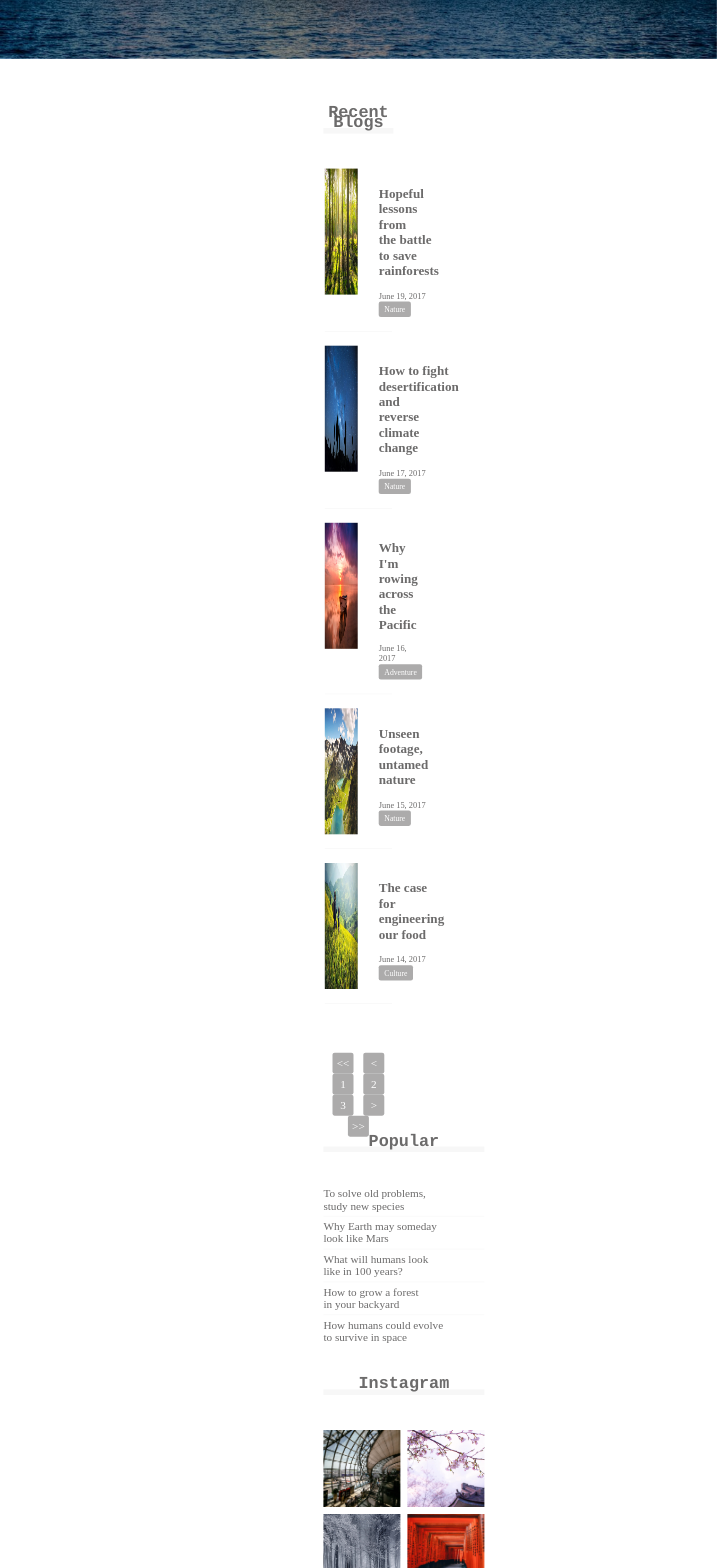
Repository: pureforest/html
Page: caravan/index.html
The author's editor kept a record of every edit. The page is drawn from the files as they stood at one moment, then again after the next edit.
The browser window is 1024 px wide. The pictures show the part of the page from y = 387 to 2627 px (the page is 3344 px tall before and 3480 px after), at 70% of full size.
Some web libraries are served in a nearby version.

Above is the page before.

### caravan/index.html
<!DOCTYPE html>
<html lang="ja">
  <head>
    <meta charset="UTF-8" />
    <meta name="viewport" content="width=device-width,initial-scale=1.0">
    <script src="https://kit.fontawesome.com/bb9908bf54.js" crossorigin="anonymous"></script>
    <link rel="stylesheet" href="style.css" />
    <title>CARAVAN</title>
  </head>

  <body>
    <header>
      <h1 class="heading">
        <a href="index.html">
          CARAVAN
        </a>
      </h1>

      <div class="social">
        <i class="fab fa-facebook-square"></i>
        <i class="fab fa-twitter-square"></i>
        <i class="fab fa-instagram"></i>
      </div>
    </header>

    <!-- navigation -->
    <nav>
      <ul class="nav-list">
        <li class="nav-list-item">
          <a href="index.html">Home</a>
        </li>
        <li class="nav-list-item">About</li>
        <li class="nav-list-item">Topic</li>
      </ul>
    </nav>

    <!-- main-visual用のdiv -->
    <div class="main-visual">
      <div class="main-visual-content">
        <p class="main-visual-text">
          The world is a book<br>
          and those who do not travel<br>
          read only one page.
        </p>
        <p class="main-visual-name">
          St. Augustine
        </p>
      </div>
    </div>

    <!-- main用のdiv -->
    <main>
      <section class="blog">
        <h2 class="blog-heading">Recent Blogs</h2>
        <div class="blog-box">
          <div class="blog-item">
            <img class="blog-image" src="img/forest.jpg" />
            <section class="blog-text">
              <h3 class="blog-text-heading">
                <a href="single.html">
                  Hopeful lessons from<br>
                  the battle to save<br>
                  rainforests
                </a>
              </h3>
              <p class="blog-date">June 19, 2017</p>
              <span class="category">Nature</span>
            </section>
          </div>
          <div class="blog-item">
            <img class="blog-image" src="img/desert.jpg" />
            <section class="blog-text">
              <h3 class="blog-text-heading">
                <a href="single.html">
                  How to fight<br>
                  desertification and<br>
                  reverse climate change
                </a>
              </h3>
              <p class="blog-date">June 17, 2017</p>
              <span class="category">Nature</span>
            </section>
          </div>
          <div class="blog-item">
            <img class="blog-image" src="img/sunset.jpg" />
            <section class="blog-text">
              <h3 class="blog-text-heading">
                <a href="single.html">
                  Why I'm rowing<br>
                  across the Pacific
                </a>
              </h3>
              <p class="blog-date">June 16, 2017</p>
              <span class="category">Adventure</span>
            </section>
          </div>
          <div class="blog-item">
            <img class="blog-image" src="img/italy.jpg" />
            <section class="blog-text">
              <h3 class="blog-text-heading">
                <a href="single.html">
                  Unseen footage,<br>
                  untamed nature
                </a>
              </h3>
              <p class="blog-date">June 15, 2017</p>
              <span class="category">Nature</span>
            </section>
          </div>
          <div class="blog-item">
            <img class="blog-image" src="img/asia.jpg" />
            <section class="blog-text">
              <h3 class="blog-text-heading">
                <a href="single.html">
                  The case for<br>
                  engineering our food
                </a>
              </h3>
              <p class="blog-date">June 14, 2017</p>
              <span class="category">Culture</span>
            </section>
          </div>
        </div>
        <div class="pagination">
         <p><<</p>
         <p><</P>
         <p>1</p>
         <p>2</p>
         <p>3</p>
         <p>></p>
         <p>>></p>
        </div>
      </section>


      <div class="sidebar">
       <section class="popular">
        <h2 class="popular-heading common-heading">Popular</h2>
        <div class="sidebar-contents">
          <p class="popular-text">To solve old problems,<br>study new species</p>
          <p class="popular-text">Why Earth may someday<br>look like Mars</p>
          <p class="popular-text">What will humans look<br>like in 100 years?</p>
          <p class="popular-text">How to grow a forest<br>in your backyard</p>
          <p class="popular-text">How humans could evolve<br>to survive in space</p>
        </div>
       </section>

       <section class="instagram">
        <h2 class="instagram-heading common-heading">Instagram</h2>
          <div class="sidebar-contents">
            <div class="instagram-box"></div>
            <div class="instagram-box"></div>
            <div class="instagram-box"></div>
            <div class="instagram-box"></div>
            <div class="instagram-box"></div>
            <div class="instagram-box"></div>
          </div>
       </section>

       <section class="categories">
          <h2 class="categories-heading common-heading">Categories</h2>
          <div class="sidebar-contents">
            <p class="categories-text">Technology(15)</p>
            <p class="categories-text">Business(23)</p>
            <p class="categories-text">Entertainment(12)</p>
            <p class="categories-text">Nature(32)</p>
            <p class="categories-text">Education(9)</p>
            <p class="categories-text">Adventure(23)</p>
            <p class="categories-text">Communication(14)</p>
          </div>
        </section>
      </div>
    </main>

    <!-- footer -->
    <footer>
      <p class="footer-text">© All rights reserved by Infratop.Inc.</p>
    </footer>
  </body>
</html>

### caravan/style.css
* {
  margin: 0;
  padding: 0;
  box-sizing: border-box;
  color: #6c6b6b;
}

a{
  text-decoration: none;
}

header,nav,h2,.main-visual,footer{
  font-family: Chalkduster, "Bradley Hand", Courier, "Segoe Print", sans-serif;
}

header {
  width: 90%;
  padding: 15px 0;
  margin: 0 auto;
  text-align: center;
  position: relative;
}

.social i{
  display: inline-block;
  margin-left: 20px;
}

.social {
  position: absolute;
  top: 22px;
  right: 22px;
}

header .heading {
  font-size: 32px;
}

.nav-list {
  text-align: center;
  padding: 10px 0;
  margin: 0 auto;
}

.nav-list-item {
  list-style: none;
  display: inline-block;
  margin: 0 20px;
}

.main-visual {
  width: 100%; /* 横幅いっぱい */
  height: 300px; /* 高さ300px */
  background-image: url(img/mv.jpg);
  background-size: cover; /* 縦横比を維持したまま背景領域を埋め尽くす */
  background-position: center; /* 背景画像を中央に配置 */
}

.main-visual-content {
  width: 40%; /* 横幅40% */
  height: 300px; /* 親の高さに揃える */
  background-color: rgba(0, 0, 0, 0.5); /* 背景色を半透明の黒にする */
  text-align: center; /* 文字を中央揃えにする */
  padding-top: 105px; /* 上側の内側余白で垂直方向の位置を調整 */
}

.main-visual-text {
  color: #fff;
}

.main-visual-name {
  margin-top: 30px;
  color: #fff;
}

main {
  width: 800px;
  display: flex;
  justify-content: center;
  margin: 0 auto;
  padding: 70px 0;
}

.blog {
  width: 540px;
  margin-right: 30px;
}

.blog-heading {
  border-bottom: 8px solid #f7f7f7;
  text-align: center;
  line-height: 0.6;
}

.blog-box{
  padding-top: 50px
}

.blog-item {
  padding-bottom: 20px;
  margin-bottom: 20px;
  border-bottom: 1px solid #f7f7f7;
  display: flex;
  justify-content: flex-start;}

.blog-image {
  height: 180px;
}

.blog-text {
  padding: 25px 0 0 30px;
}

.blog-text-heading{
  padding-bottom: 15px;
}
.blog-date {
  font-size: 12px;
  display: inline-block;
}
.category {
  display: inline-block;
  padding: 5px 8px;
  background-color: #acabab;
  border-radius: 3px;
  color: #fff;
  font-size: 11px;
}

.pagination{
  text-align: center;
  padding-top: 50px;
}

.pagination p{
  display: inline-block;
  width: 30px;
  height: 30px;
  margin: 0 5px;
  color: #fff;
  background-color: #acabab;
  border-radius: 3px;
  line-height: 30px;
}
.sidebar {
  width: 230px;
}

.common-heading {
  border-bottom: 8px solid #f7f7f7;
  text-align: center;
  line-height: 0.6;
}

.sidebar-contents {
  padding: 50px 0;
}

.popular-text,
.categories-text {
  padding-bottom: 5px;
  border-bottom: 1px solid #f7f7f7;
  margin-bottom: 5px;
}

.popular-text:last-child,
.categories-text:last-child {
  margin: 0;
  padding: 0;
  border: none;
}

.instagram .sidebar-contents {
  display: flex;
  flex-wrap: wrap;
}

.instagram-box {
  width: 110px;
  padding-top: 110px;
  background-size: cover;
  background-position: center;
  margin-bottom: 10px;
}

.instagram-box:nth-child(odd) {
  margin: 0 10px 10px 0;
}

.instagram-box:nth-child(1) {
  background-image: url(img/airport.jpg);
}

.instagram-box:nth-child(2) {
  background-image: url(img/japan.jpg);
}

.instagram-box:nth-child(3) {
  background-image: url(img/snow.jpg);
}

.instagram-box:nth-child(4) {
  background-image: url(img/japan2.jpg);
}

.instagram-box:nth-child(5) {
  background-image: url(img/lake.jpg);
}

.instagram-box:nth-child(6) {
  background-image: url(img/road.jpg);
}

footer {
  width: 100%;
  height: 120px;
  text-align: center;
  line-height: 120px;
  background-color: #848282;
}

.footer-text {
  color: #fff;
}

@media screen and (max-width: 1024px) {
  header {
  width: 100%;
}

.social {
  display: none;
}

.nav-list {
  width: 100%
}

.nav-list-item {
  width: 100%;
  margin: 0 0 10px 0;
}

.main-visual-content {
  width: 100%;
}

main {
  width: 100px;
  display: block;
}

.blog {
  width: 100%;
  margin: 0;
}

.blog-box{
  padding-left: 2%;
    padding-right: 2%;
}

.blog-image {
  width:49%;
}

.blog-text {
  padding: 25px 0 0 30px;
}

.blog-text-heading{
  padding-bottom: 15px;
}
.blog-date {
  font-size: 12px;
  display: inline-block;
}
.category {
  display: inline-block;
  padding: 5px 8px;
  background-color: #acabab;
  border-radius: 3px;
  color: #fff;
  font-size: 11px;
}

.pagination{
  text-align: center;
  padding-top: 50px;
}

.pagination p{
  display: inline-block;
  width: 30px;
  height: 30px;
  margin: 0 5px;
  color: #fff;
  background-color: #acabab;
  border-radius: 3px;
  line-height: 30px;
}
.sidebar {
  width: 230px;
}

.common-heading {
  border-bottom: 8px solid #f7f7f7;
  text-align: center;
  line-height: 0.6;
}

.sidebar-contents {
  padding: 50px 0;
}

.popular-text,
.categories-text {
  padding-bottom: 5px;
  border-bottom: 1px solid #f7f7f7;
  margin-bottom: 5px;
}

.popular-text:last-child,
.categories-text:last-child {
  margin: 0;
  padding: 0;
  border: none;
}

.instagram .sidebar-contents {
  display: flex;
  flex-wrap: wrap;
}

.instagram-box {
  width: 110px;
  padding-top: 110px;
  background-size: cover;
  background-position: center;
  margin-bottom: 10px;
}

.instagram-box:nth-child(odd) {
  margin: 0 10px 10px 0;
}

.instagram-box:nth-child(1) {
  background-image: url(img/airport.jpg);
}

.instagram-box:nth-child(2) {
  background-image: url(img/japan.jpg);
}

.instagram-box:nth-child(3) {
  background-image: url(img/snow.jpg);
}

.instagram-box:nth-child(4) {
  background-image: url(img/japan2.jpg);
}

.instagram-box:nth-child(5) {
  background-image: url(img/lake.jpg);
}

.instagram-box:nth-child(6) {
  background-image: url(img/road.jpg);
}

footer {
  width: 100%;
  height: 120px;
  text-align: center;
  line-height: 120px;
  background-color: #848282;
}

After the next edit:
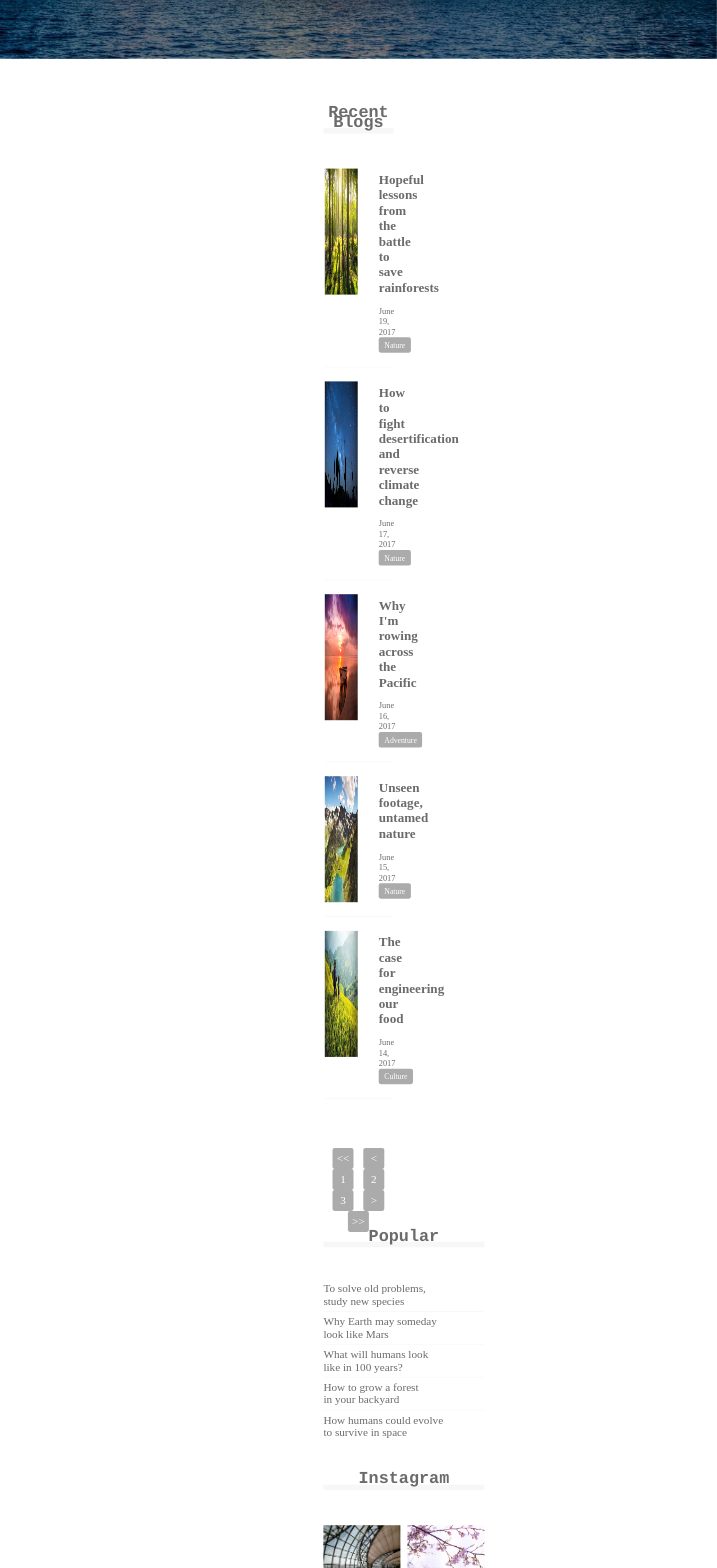
The edit:
--- a/caravan/style.css
+++ b/caravan/style.css
@@ -265,7 +265,8 @@
 }
 
 .blog-text {
-  padding: 25px 0 0 30px;
+  width: 49%;
+  padding-top: 5px
 }
 
 .blog-text-heading{
